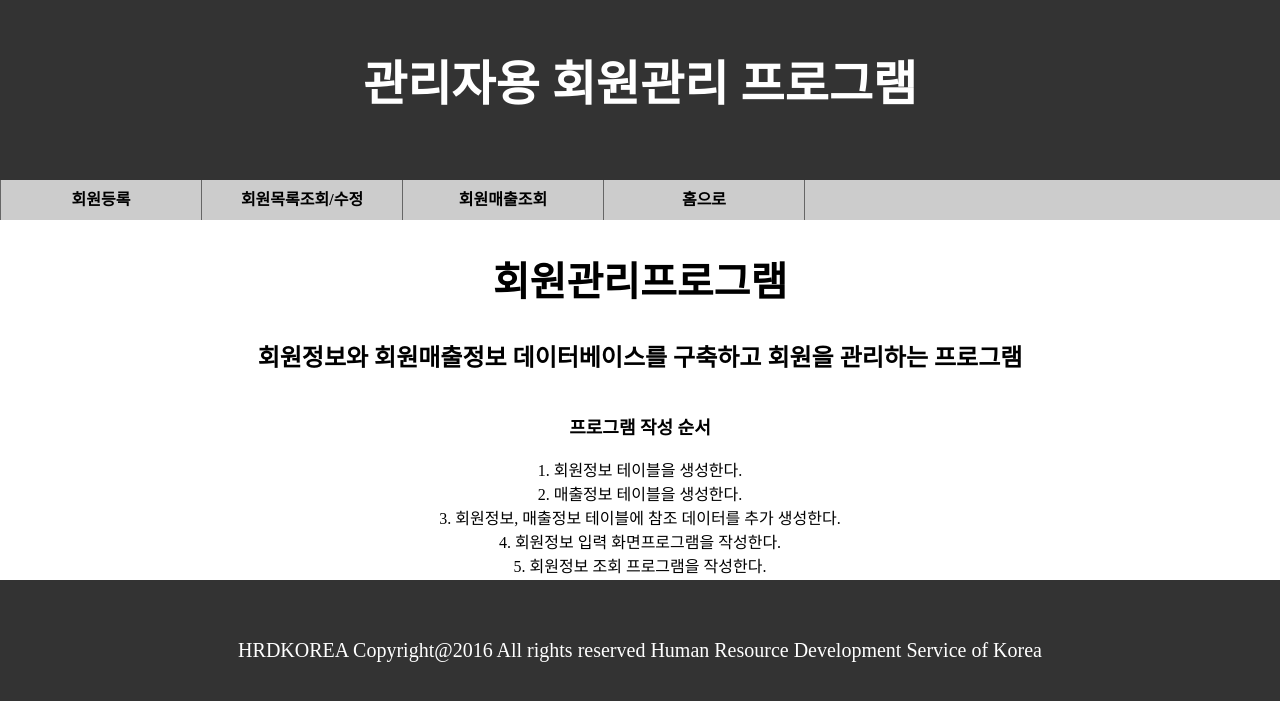
Repository: jsky1234/NCS
Page: http://localhost/HRD_1/admin.jsp
These files come from the project's save history. The page is drawn as it stood at one moment and after the next save; the edit follows.
The browser window is 1280 px wide. The pictures show the whole page.
The page is served by Tomcat 9.

Above is the page before, as saved 2020-11-11 02:49:04.

After the next save:
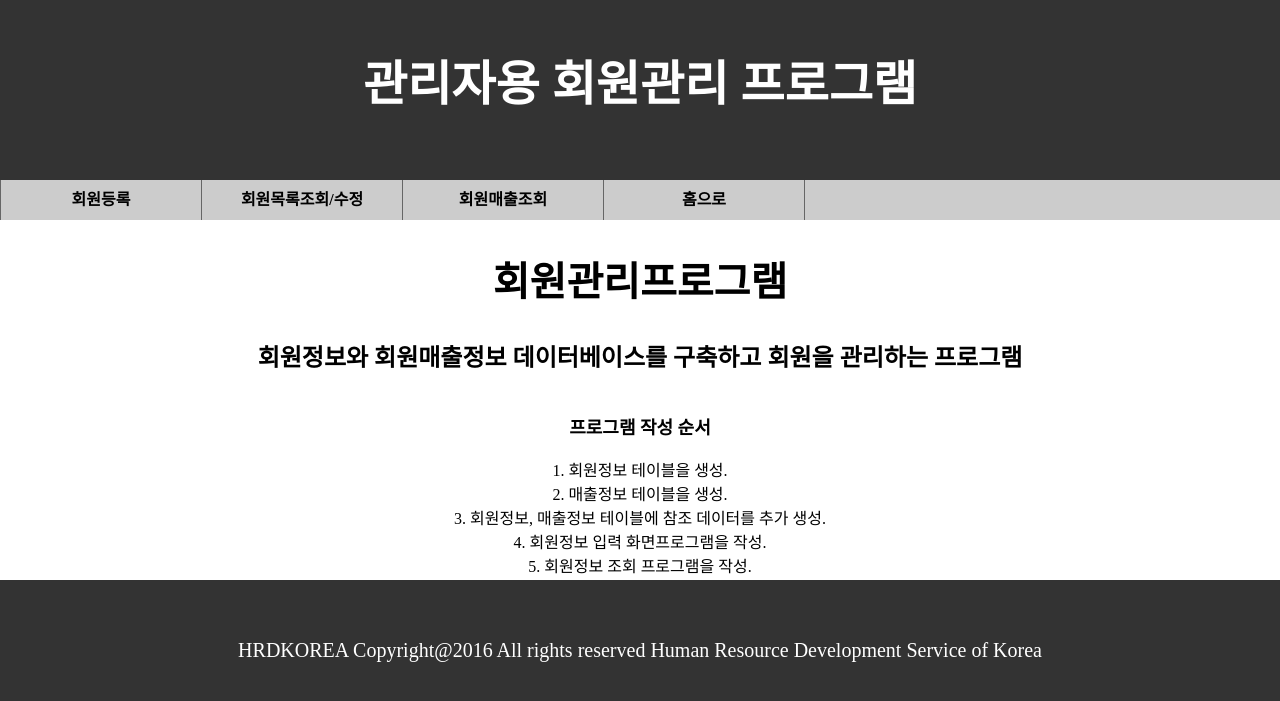
Saved 18 s later.
--- a/ncs1/HRD_1/WebContent/admin.jsp
+++ b/ncs1/HRD_1/WebContent/admin.jsp
@@ -12,12 +12,12 @@
 			<h3 class="item_tit1">회원정보와 회원매출정보 데이터베이스를 구축하고 회원을 관리하는 프로그램</h3>
 			<h3 class="item_tit2">프로그램 작성 순서</h3>
 			<ul>
-				<li><br>1. 회원정보 테이블을 생성한다.</li>
-				<li>2. 매출정보 테이블을 생성한다.</li>
-				<li>3. 회원정보, 매출정보 테이블에 참조 데이터를 추가 생성한다.</li>
-				<li>4. 회원정보 입력 화면프로그램을 작성한다.</li>
-				<li>5. 회원정보 조회 프로그램을 작성한다.</li>
-				<li>6. 회원매출정보 조회 프로그램을 작성한다.</li>
+				<li><br>1. 회원정보 테이블을 생성.</li>
+				<li>2. 매출정보 테이블을 생성.</li>
+				<li>3. 회원정보, 매출정보 테이블에 참조 데이터를 추가 생성.</li>
+				<li>4. 회원정보 입력 화면프로그램을 작성.</li>
+				<li>5. 회원정보 조회 프로그램을 작성.</li>
+				<li>6. 회원매출정보 조회 프로그램을 작성.</li>
 			</ul>
 		</div>
 	</section>
